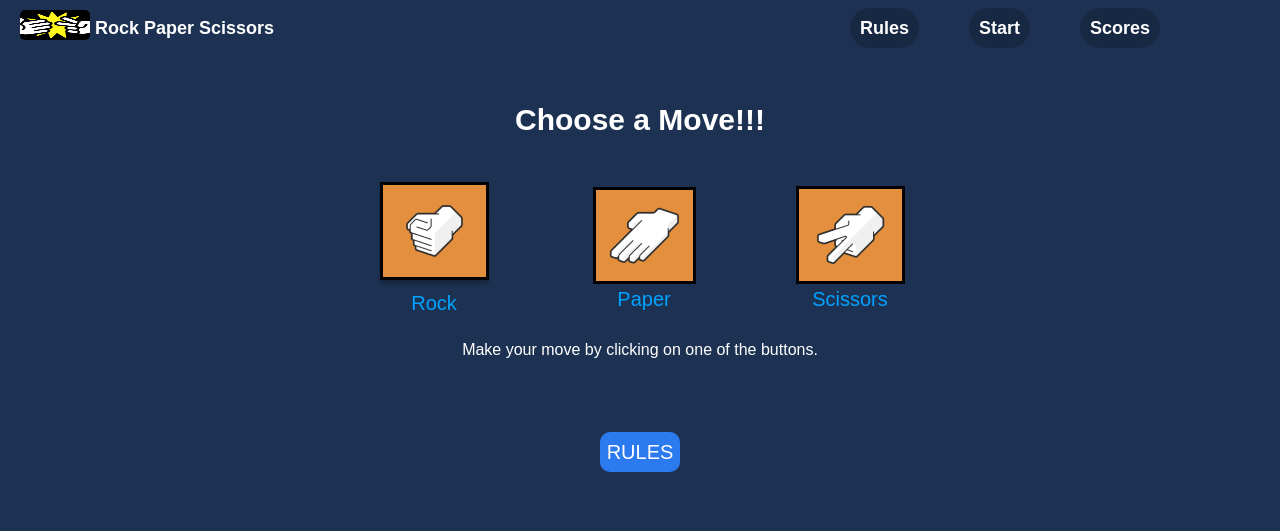
Repository: MikkyPrestige/rock-paper-scissors
Page: game.html
These files come from the project's save history. The page is drawn as it stood at one moment and after the next save; the edit follows.
The browser window is 1280 px wide. The pictures show the whole page.

Above is the page before, as saved 2023-05-13 02:20:01.

### game.html
<!DOCTYPE html>
<html lang="en">

<head>
  <meta charset="UTF-8">
  <meta http-equiv="X-UA-Compatible" content="IE=edge">
  <meta name="viewport" content="width=device-width, initial-scale=1.0">
  <title>Rock, Paper, Scissors</title>
  <link rel="stylesheet" href="./index.css">
</head>

<body>
  <main>
    <header>
      <figure class="headerLogo">
        <a href="/">
          <img src="./img/logo.png" alt="Logo" class="logo">
        </a>
        <figcaption class="logoCaption">Rock Paper Scissors</figcaption>
      </figure>
      <nav>
        <ul>
          <li><a href="#rule">Rules</a></li>
          <li><a href="./game.html">Start</a></li>
          <li><a href="#">Scores</a></li>
        </ul>
      </nav>
    </header>
    <section class="game">
      <h1 class="game--title">Choose a Move!!!</h1>
      <figure class="game--images">
        <div class="game--img">
          <img src="./img/rock.png" alt="Rock image" id="rock">
          <figcaption class="game--caption">Rock</figcaption>
        </div>
        <div class="game--img">
          <img src="./img/paper.png" alt="paper image" id="paper">
          <figcaption class="game--caption">Paper</figcaption>
        </div>
        <div class="game--img">
          <img src="./img/scissors.png" alt="scissors image" id="scissors">
          <figcaption class="game--caption">Scissors</figcaption>
        </div>
      </figure>
      <div class="game--results">
        <p>Make your move by clicking on one of the buttons.</p>
      </div>
      <button class="rule--btn">
        <a href="./index.html#rule">Rules</a>
      </button>
    </section>
  </main>
</body>

</html>

### index.css
*,
*::after,
*::before {
  box-sizing: border-box;
  margin: 0;
  padding: 0;
}

html {
  font-size: 62.5%;
}

body {
  font-family: "Fira Sans", sans-serif;
  font-size: 1.6rem;
  line-height: 1.5;
  background: rgba(29, 50, 83, 1);
  color: rgba(255, 255, 255, 1);
  width: 100%;
  height: 100%;
}

main {
  display: flex;
  flex-direction: column;
  justify-content: center;
  align-items: center;
  gap: 2rem;
  height: 100%;
  width: 100%;
}

header {
  display: flex;
  justify-content: space-between;
  align-items: center;
  padding: 1rem 2rem;
  width: 100%;
  height: auto;
}

.headerLogo {
  display: flex;
  align-items: center;
  gap: .5rem;
  height: auto;
}

.logo {
  width: 7rem;
  height: 3rem;
  border-radius: .5rem;
  -webkit-border-radius: .5rem;
  -moz-border-radius: .5rem;
  -ms-border-radius: .5rem;
  -o-border-radius: .5rem;
}

.logoCaption {
  font-size: 1.8rem;
  font-weight: 600;
  color: rgba(255, 255, 255, 1);
}

nav {
  height: auto;
  margin-right: 10rem;
}

ul {
  display: flex;
  justify-content: center;
  align-items: center;
  gap: 5rem;
  list-style: none;
}

li a {
  font-size: 1.8rem;
  font-weight: 600;
  color: rgba(255, 255, 255, 1);
  background: linear-gradient(0deg, rgba(0, 0, 0, 0.2), rgba(0, 0, 0, 0.2)), #1D3253;
  text-decoration: none;
  padding: 1rem;
  border-radius: 2rem;
}

li a:hover {
  background: rgba(255, 255, 255, 1);
  color: rgba(29, 50, 83, 1);
  text-decoration: underline;
}

.home {
  display: flex;
  justify-content: center;
  align-items: center;
  width: 100%;
  height: 70vh;
}

.images {
  position: relative;
  height: 100%;
  flex-basis: 30%;
}

.img {
  background: rgba(253, 253, 253, 0.9);
  border-radius: 50%;
  -webkit-border-radius: 50%;
  -moz-border-radius: 50%;
  -ms-border-radius: 50%;
  -o-border-radius: 50%;
  width: 15rem;
  height: 15rem;
}

.rock {
  position: absolute;
  top: 5rem;
  left: 0rem;
}

.paper {
  position: absolute;
  top: 5rem;
  right: 5rem;
}

.scissors {
  position: absolute;
  bottom: 5rem;
  left: 8rem;
}

.content {
  display: flex;
  flex-direction: column;
  justify-content: center;
  align-items: center;
  gap: 2rem;
}

.content--title {
  font-size: 3.6rem;
  font-weight: 600;
  width: 70%;
  text-transform: uppercase;
}

.content-rock {
  color: rgba(195, 183, 183, 1);
}

.content-scissors {
  color: rgba(233, 35, 35, 1);
}

.content--text {
  font-size: 2.5rem;
  font-weight: 400;
  width: 70%;
}

.fun {
  color: rgba(233, 35, 35, 1);
}

.btn {
  width: 13rem;
  height: 5rem;
  background: #2C7AF0;
  border-radius: 1rem;
  -webkit-border-radius: 1rem;
  -moz-border-radius: 1rem;
  -ms-border-radius: 1rem;
  -o-border-radius: 1rem;
  border: none;
  margin-top: 5rem;
  transition: all .3s ease-in-out;
  -webkit-transition: all .3s ease-in-out;
  -moz-transition: all .3s ease-in-out;
  -ms-transition: all .3s ease-in-out;
  -o-transition: all .3s ease-in-out;
}

.btn a {
  text-decoration: none;
  font-size: 2rem;
  color: rgba(255, 255, 255, 1);
  cursor: pointer;
}

.btn a:hover {
  color: rgba(44, 122, 240, 1);
}

.btn:hover {
  background: rgba(255, 255, 255, .7);
}

.rule {
  width: 100%;
  height: 100%;
  background: #D0CEC9;
}

.rule--container {
  display: flex;
  flex-direction: column;
  justify-content: center;
  align-items: center;
  gap: 1rem;
  margin: 2rem;
}

.rule--title {
  font-size: 3rem;
  font-weight: 600;
  color: #000;
}

.rule--content {
  display: flex;
  justify-content: space-around;
  align-items: center;
}

.rule--img {
  width: 35rem;
  height: 35rem;
}

.rule--para {
  background: #C4C4C4;
  width: 50%;
  text-align: center;
  padding: 2rem 5rem;
  border-radius: 3rem;
  -webkit-border-radius: 3rem;
  -moz-border-radius: 3rem;
  -ms-border-radius: 3rem;
  -o-border-radius: 3rem;
  display: flex;
  flex-direction: column;
  justify-content: center;
  align-items: center;
  gap: 1rem;
}

.rule--text {
  color: rgba(0, 163, 255, 1);
}

.game {
  display: flex;
  flex-direction: column;
  justify-content: center;
  align-items: center;
  gap: 2rem;
  width: 100%;
  height: 100%;
}

.game--title {
  font-size: 3rem;
  font-weight: 600;
  margin: 2rem;
}

.game--images {
  display: flex;
  justify-content: center;
  align-items: center;
  gap: 10rem;
  width: 100%;
}

.game--img {
  display: flex;
  flex-direction: column;
  justify-content: center;
  align-items: center;
  cursor: pointer;
}

.game--caption {
  font-size: 2rem;
  color: rgba(0, 163, 255, 1);
}

.rule--btn {
  width: 8rem;
  height: 4rem;
  background: #2C7AF0;
  border-radius: 1rem;
  -webkit-border-radius: 1rem;
  -moz-border-radius: 1rem;
  -ms-border-radius: 1rem;
  -o-border-radius: 1rem;
  border: none;
  margin-top: 5rem;
  transition: all .3s ease-in-out;
  -webkit-transition: all .3s ease-in-out;
  -moz-transition: all .3s ease-in-out;
  -ms-transition: all .3s ease-in-out;
  -o-transition: all .3s ease-in-out;
}

.rule--btn a {
  text-decoration: none;
  font-size: 2rem;
  color: rgba(255, 255, 255, 1);
  cursor: pointer;
  text-transform: uppercase;
}

.rule--btn a:hover {
  color: rgba(44, 122, 240, 1);
}

.rule--btn:hover {
  background: rgba(255, 255, 255, .7);
}

footer {
  margin: 1rem auto;
}

.footer--text {
  font-family: "Inter";
}

.footer--link {
  color: rgba(44, 122, 240, 1);
  text-decoration: none;
}

After the next save:
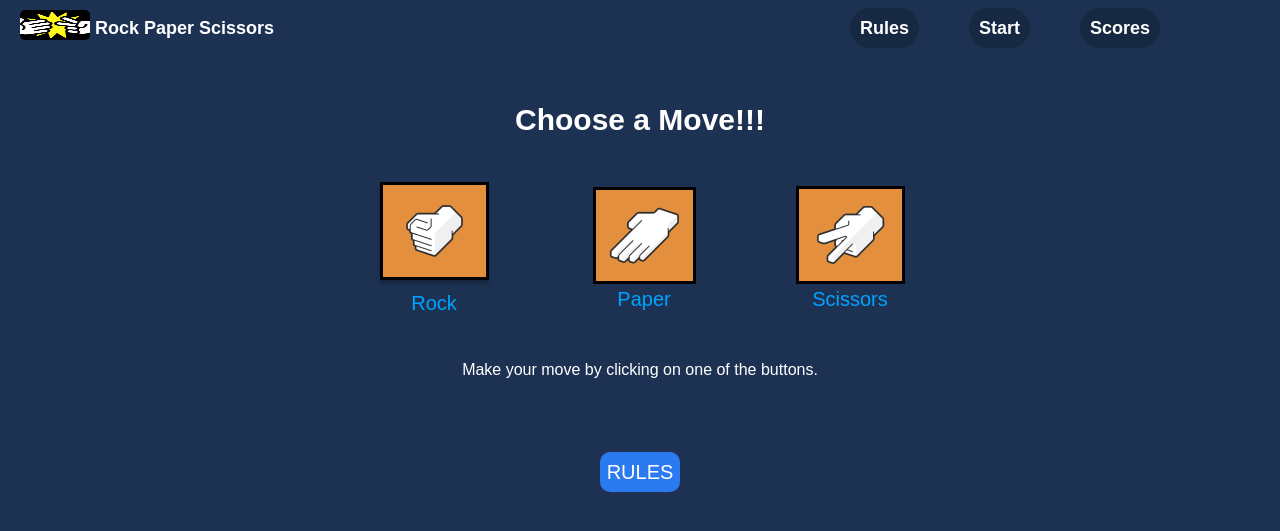
Saved 105 s later.
--- a/game.html
+++ b/game.html
@@ -42,6 +42,7 @@
           <figcaption class="game--caption">Scissors</figcaption>
         </div>
       </figure>
+      <div class="game--result"></div>
       <div class="game--results">
         <p>Make your move by clicking on one of the buttons.</p>
       </div>
